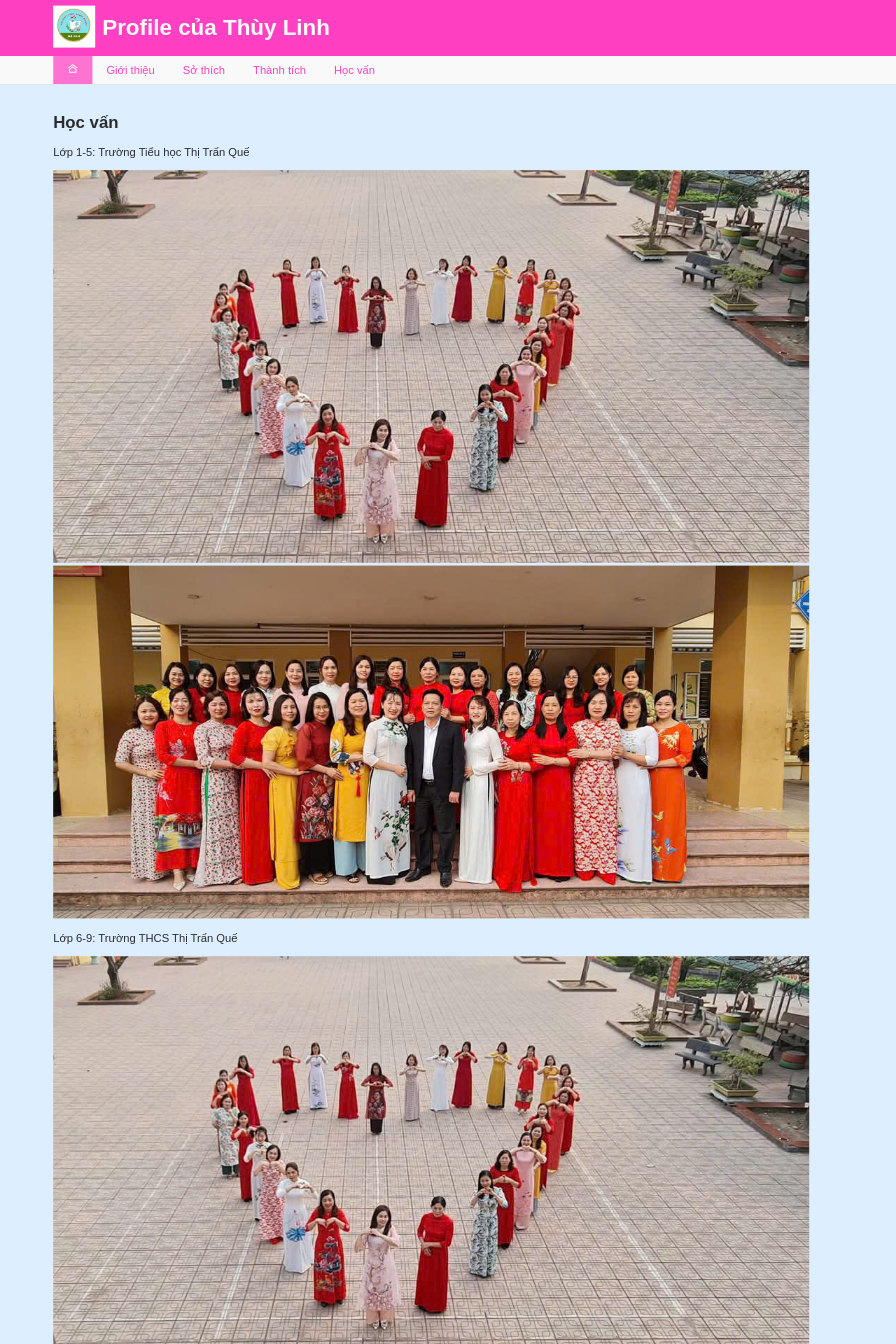
Repository: DucLong-PD07979/profile-vu-thuy-linh
Page: hoc-van.html
These files come from the project's save history. The page is drawn as it stood at one moment and after the next save; the edit follows.
The browser window is 1280 px wide. The pictures show the part of the page from y = 0 to 1920 px (the page is 3750 px tall before and 2955 px after), at 70% of full size.

Above is the page before, as saved 2025-03-13 22:15:56.
Not found: script.js

### hoc-van.html
<!DOCTYPE html>
<html lang="vi">
    <head>
        <meta charset="UTF-8" />
        <meta name="viewport" content="width=device-width, initial-scale=1.0" />
        <title>Profile của Thùy Linh</title>
        <link rel="stylesheet" href="./css/main.css" />
        <script defer src="script.js"></script>
    </head>
    <body>
        <header>
            <div class="container">
                <div class="logo">
                    <img src="./images/anh-doan-3.jpg" alt="Logo" />
                </div>
                <h1>Profile của Thùy Linh</h1>
            </div>
        </header>
        <div class="menu-list">
            <div class="container">
                <nav>
                    <ul>
                        <li>
                            <a href="./index.html" class="active">
                                <svg
                                    xmlns="http://www.w3.org/2000/svg"
                                    viewBox="0 0 24 24"
                                    fill="currentColor"
                                >
                                    <path
                                        d="M12.5812 2.68627C12.2335 2.43791 11.7664 2.43791 11.4187 2.68627L1.9187 9.47198L3.08118 11.0994L11.9999 4.7289L20.9187 11.0994L22.0812 9.47198L12.5812 2.68627ZM19.5812 12.6863L12.5812 7.68627C12.2335 7.43791 11.7664 7.43791 11.4187 7.68627L4.4187 12.6863C4.15591 12.874 3.99994 13.177 3.99994 13.5V20C3.99994 20.5523 4.44765 21 4.99994 21H18.9999C19.5522 21 19.9999 20.5523 19.9999 20V13.5C19.9999 13.177 19.844 12.874 19.5812 12.6863ZM5.99994 19V14.0146L11.9999 9.7289L17.9999 14.0146V19H5.99994Z"
                                    ></path>
                                </svg>
                            </a>
                        </li>
                        <li>
                            <a href="./ban-than.html">Giới thiệu</a>
                            <ul class="menu-children">
                                <li><a href="./ban-than.html">Bản thân</a></li>
                                <li><a href="./gia-dinh.html">Gia đình</a></li>
                            </ul>
                        </li>
                        <li><a href="./so-thich.html">Sở thích</a></li>
                        <li><a href="./thanh-tich.html">Thành tích</a></li>
                        <li><a href="./hoc-van.html">Học vấn</a></li>
                    </ul>
                </nav>
            </div>
        </div>
        <section id="education">
            <div class="container">
                <h2>Học vấn</h2>
                <div class="education-section-content">
                    <div class="box">
                        <p>Lớp 1-5: Trường Tiểu học Thị Trấn Quế</p>
                        <div class="images">
                            <img src="./images/anh-lop-1.jpg" alt="" />
                            <img src="./images/anh-lop-1-2.jpg" alt="" />
                        </div>
                    </div>
                    <div class="box">
                        <p>Lớp 6-9: Trường THCS Thị Trấn Quế</p>
                        <div class="images">
                            <img src="./images/anh-lop-1.jpg" alt="" />
                            <img src="./images/anh-lop-1-2.jpg" alt="" />
                        </div>
                    </div>
                    <div class="box">
                        <p>Lớp 10-12:Trường THPT A Kim Bảng</p>
                        <div class="images">
                            <img src="./images/anh-lop-1.jpg" alt="" />
                            <img src="./images/anh-lop-1-2.jpg" alt="" />
                        </div>
                    </div>
                </div>
            </div>
        </section>
        <footer>
            <div class="container">
                <div class="logo">
                    <img
                        src="./images/anh-doan-3-removebg-preview.png"
                        alt="Logo"
                    />
                </div>
                <p>Liên hệ: 0924994750</p>
                <p>Email: Thuylinh182@gmail.com</p>
            </div>
        </footer>
    </body>
</html>
<!-- https://profile-vu-thuy-linh.vercel.app/ -->

### css/main.css
* {
    box-sizing: border-box;
}

body {
    font-family: Arial, sans-serif;
    margin: 0;
    padding: 0;
    background-color: #f9f9f9;
    color: #2c2c2c;
}

.container {
    margin: 0 5%;
    padding: 0 12px;
}

header {
    background-color: #ff40c2;
    color: #f9f9f9;
}

header .container {
    display: flex;
    align-items: center;
}

.logo img {
    width: 60px;
    height: 60px;
    margin-right: 10px;
}

.menu-list {
    color: #ff40c2;
    border-bottom: 1px solid #d6d6d6;
}

nav ul {
    list-style: none;
    padding: 0;
    display: flex;
    align-items: center;
    margin: 0;
}

nav ul li {
    display: inline;
    position: relative;
}

nav ul li a {
    color: #ff40c2;
    text-decoration: none;
    padding: 10px 20px;
    display: block;
    font-size: 16px;
    transition: all 0.1s linear;
}

nav ul li a.active {
    background-color: #fe73d2;
}

nav ul li a svg {
    width: 16px;
    height: 16px;
    color: #ffffff;
}

nav ul li a:hover {
    color: white;
    background-color: #fe73d2;
}

.menu-children {
    position: absolute;
    z-index: 9;
    top: 100%;
    display: none;
    background-color: #f9f9f9;
}

nav ul li:hover .menu-children {
    display: block;
}

.participation-section {
    display: grid;
    gap: 10px;
    grid-template-columns: 1fr 1fr 1fr 1fr 1fr;
}

.item-1 {
    grid-column: 1 / 5;
    display: grid;
    grid-template-columns: 1fr 1fr;
    gap: 10px;
    width: 100%;
}

.item-2 {
    grid-column: 5 / 6;
}

.participation-section .item-1 img {
    width: 100%;
    height: 300px;
}

.participation-section .item-2 img {
    width: 100%;
    height: 240px;
    margin-bottom: 10px;
}

.participation-content {
    width: 100%;
}

.participation-content a {
    color: #404042;
    display: block;
    padding: 6px 0;
}

.participation-content a:hover {
    color: #fe73d2;
    text-decoration: underline;
}

/* giới thiệu bản thân */
#introduce-section {
    background-color: #fbdce2;
    width: 100%;
    padding: 20px 0;
}

.introduce-section-content {
    display: grid;
    grid-template-columns: 1fr 1fr;
    gap: 10px;
    align-items: center;
}

.introduce-section-content .box .gallery {
    width: 100%;
}

.introduce-section-content .box .gallery img {
    width: 100%;
    height: 400px;
    object-fit: fill;
}

.introduce-section-content .item-3 {
    grid-column: 1 /3;
    display: grid;
    gap: 20px;
    grid-template-columns: 1fr 1fr 1fr;
}

.introduce-section-content img {
    width: 100%;
    height: 600px;
    margin: 50px 0;
}

.introduce-section-content .box p {
    font-size: 18px;
}
/* gia dinh */

#family-section {
    background-color: #e8d5f3;
    width: 100%;
    padding: 20px 0;
}

.family-section-content {
    display: grid;
    grid-template-columns: 1fr 1fr 1fr 1fr;
    gap: 10px;
}

.family-section-content .box img {
    width: 100%;
    height: 340px;
    object-fit: fill;
}

.family-section-content .box p {
    font-size: 18px;
}

/* thanh tich */

#achievements {
    background-color: #eeeeeb;
    width: 100%;
    padding: 20px 0;
}

.achievements-section-content {
    display: grid;
    grid-template-columns: 1fr 1fr;
    gap: 10px;
}

.achievements-section-content .box img {
    width: 100%;
    height: 400px;
}

.achievements-section-content .box p {
    font-size: 18px;
}

/* học vấn */
#education {
    background-color: #dceeff;
    width: 100%;
    padding: 20px 0;
    min-height: 500px;
}

/* sở thích */
.hobbies-section-content .images {
    display: flex;
    gap: 10px;
    display: grid;
    grid-template-columns: 1fr 1fr 1fr;
}

.hobbies-section-content .images {
    width: 100%;
    margin-top: 120px;
    margin-bottom: 120px;
}

.hobbies-section-content .images img {
    width: 100%;
    height: 100%;
}

footer {
    background-color: #ff40c2;
    color: white;
    padding: 10px;
}

After the next save:
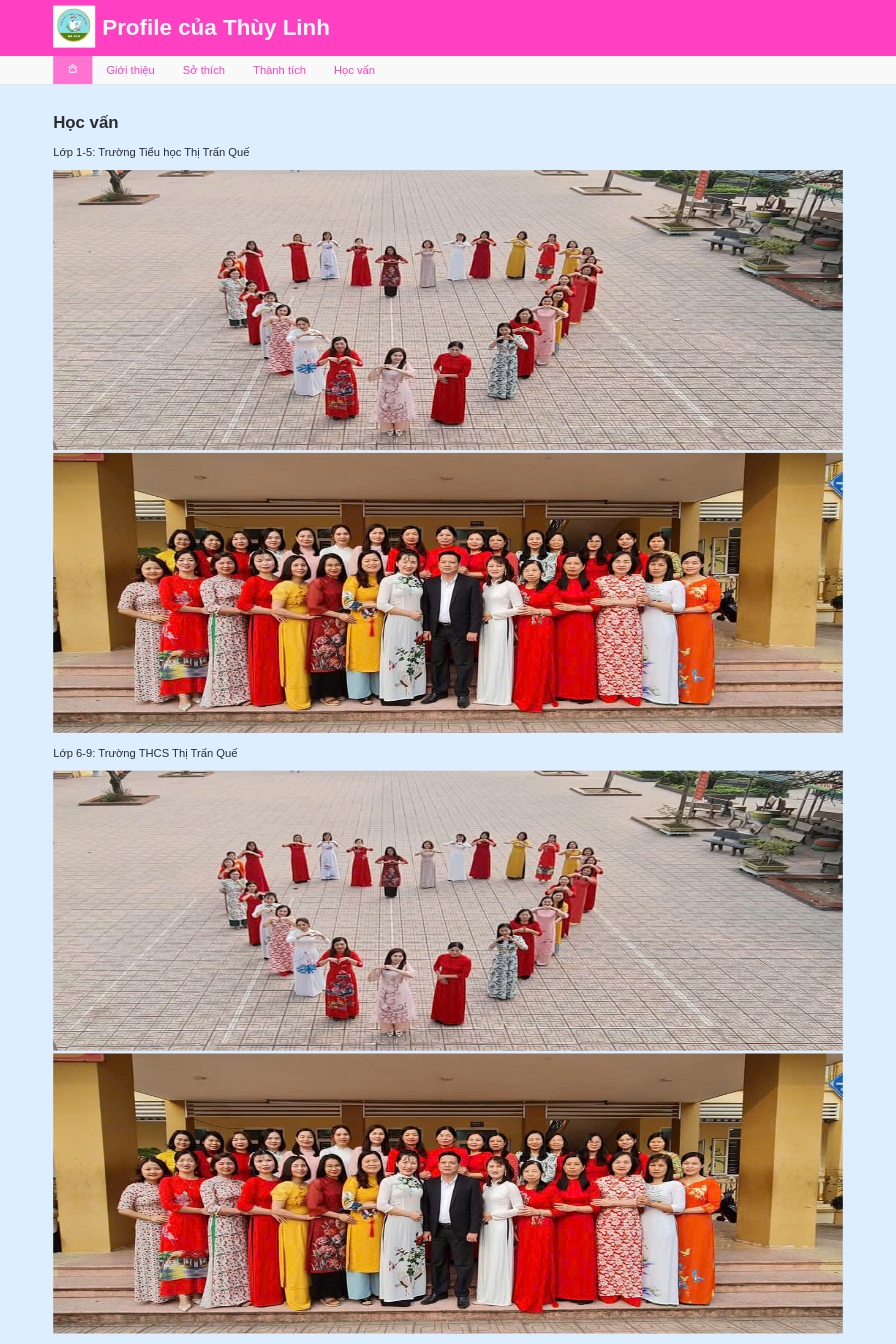
Saved 27 s later.
--- a/css/main.css
+++ b/css/main.css
@@ -224,6 +224,11 @@ nav ul li:hover .menu-children {
     min-height: 500px;
 }
 
+.education-section-content .box img {
+    width: 100%;
+    height: 400px;
+}
+
 /* sở thích */
 .hobbies-section-content .images {
     display: flex;
